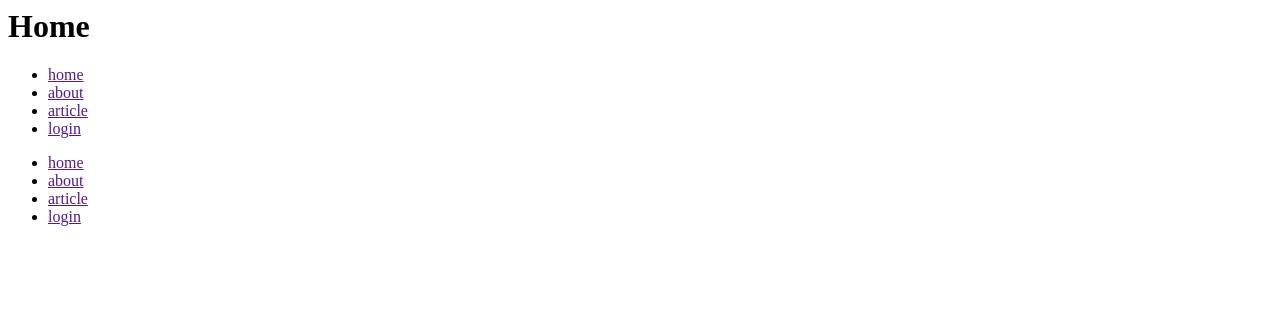
Repository: syawal2kalii/parsinta_clone_model
Page: http://localhost/home
These files come from the project's save history. The page is drawn as it stood at one moment and after the next save; the edit follows.
The browser window is 1280 px wide. The pictures show the whole page.
The page is served by the project's Laravel application, run on PHP 8.4 with Laravel 8. Other server files are loaded and not shown.

Above is the page before, as saved 2019-12-26 14:22:25.

### routes/web.php
<?php

/*
|--------------------------------------------------------------------------
| Web Routes
|--------------------------------------------------------------------------
|
| Here is where you can register web routes for your application. These
| routes are loaded by the RouteServiceProvider within a group which
| contains the "web" middleware group. Now create something great!
|
*/

Route::get('/', function () {
    return view('welcome');
});

Route::get('/home', function () {
    return view('home');
});

### resources/views/home.blade.php
@extends('layout.master')


    <h1>Home</h1>
    @include('layout.navigation')

### resources/views/layout/navigation.blade.php
<ul>
    <li> <a href="">home</a></li>
    <li><a href="">about</a></li>
     <li><a href="">article</a></li>
     <li><a href="">login</a></li>
</ul>

### resources/views/layout/master.blade.php
<!DOCTYPE html>
<html lang="en">
<head>
    <meta charset="UTF-8">
    <meta name="viewport" content="width=device-width, initial-scale=1.0">
    <meta http-equiv="X-UA-Compatible" content="ie=edge">
    <title>Document</title>
</head>
<body>
   @include('layout.navigation')
   @yield('content')
</body>
</html>

After the next save:
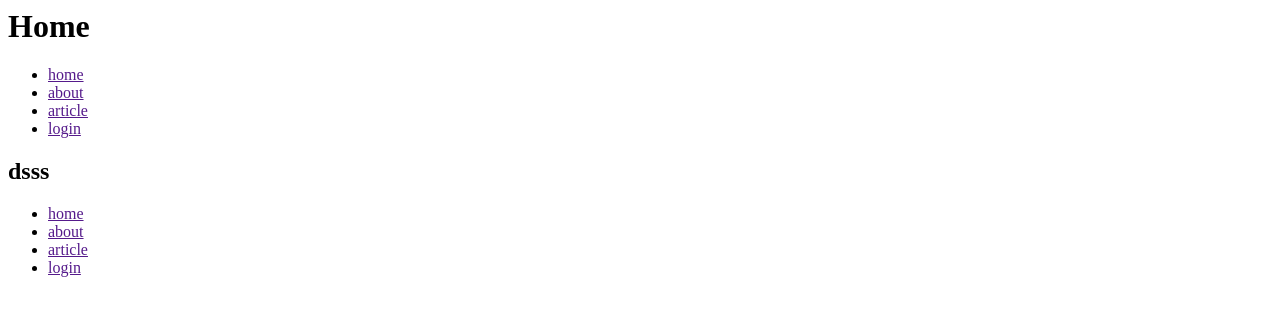
Saved 18 s later.
--- a/resources/views/home.blade.php
+++ b/resources/views/home.blade.php
@@ -3,3 +3,4 @@
 
     <h1>Home</h1>
     @include('layout.navigation')
+    <h2>dsss</h2>
